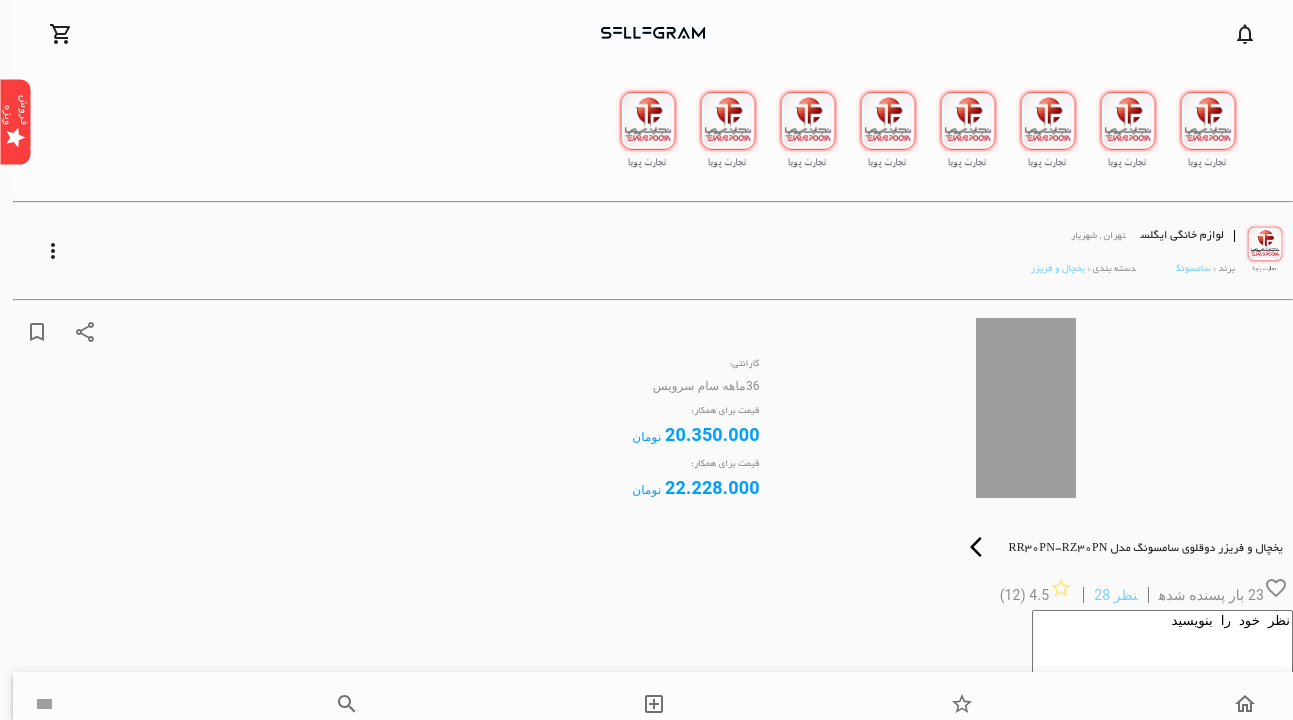
Repository: sadegh1379/selegram
Page: /login-4
The author's editor kept a copy of each file at every save. The page is drawn from the files as they stood at one save, then again after a run of saves.
The browser window is 1280 px wide. The page is 1293 px wide, so the pictures cover 1293 px, including what lies to the right of the window. The pictures show the whole page.
Pictures or frames that could not be fetched are drawn as grey boxes. The project was rebuilt for these pictures with package versions that can differ from the ones it lists, and the page was loaded fresh each time. Also part of the build but not shown: src/components/login/Login.js, src/components/login/LoginOne.js, src/components/login/LoginThree.js.

Above is the page before, as saved 2020-09-09 14:20:13.

### public/index.html
<!DOCTYPE html>
<html lang="en">
  <head>
    <meta charset="utf-8" />
    <link rel="icon" href="%PUBLIC_URL%/favicon.ico" />
    <meta
      name="viewport"
      content="minimum-scale=1, initial-scale=1, width=device-width"
    />
    <meta name="theme-color" content="#000000" />
    <meta
      name="description"
      content="Web site created using create-react-app"
    />
    <link rel="apple-touch-icon" href="%PUBLIC_URL%/logo192.png" />
    <!--
      manifest.json provides metadata used when your web app is installed on a
      user's mobile device or desktop. See https://developers.google.com/web/fundamentals/web-app-manifest/
    -->
    <link rel="manifest" href="%PUBLIC_URL%/manifest.json" />
    <!--
      Notice the use of %PUBLIC_URL% in the tags above.
      It will be replaced with the URL of the `public` folder during the build.
      Only files inside the `public` folder can be referenced from the HTML.

      Unlike "/favicon.ico" or "favicon.ico", "%PUBLIC_URL%/favicon.ico" will
      work correctly both with client-side routing and a non-root public URL.
      Learn how to configure a non-root public URL by running `npm run build`.
    -->
    <title>React App</title>
  </head>
  <body dir="rtl">
    <noscript>You need to enable JavaScript to run this app.</noscript>
    <div id="root"></div>
    <!--
      This HTML file is a template.
      If you open it directly in the browser, you will see an empty page.

      You can add webfonts, meta tags, or analytics to this file.
      The build step will place the bundled scripts into the <body> tag.

      To begin the development, run `npm start` or `yarn start`.
      To create a production bundle, use `npm run build` or `yarn build`.
    -->
  </body>
</html>

### src/index.js
import React from 'react';
import ReactDOM from 'react-dom';
import App from './App';
import { createMuiTheme, ThemeProvider } from '@material-ui/core/styles';
import RTL from './RTL';
import {BrowserRouter as Router} from 'react-router-dom';
// import '../node_modules/bootstrap/dist/css/bootstrap.css';
import {DataProvider} from './context'

const theme = createMuiTheme({
  direction: 'rtl', // Both here and <body dir="rtl">
});

ReactDOM.render(
      <ThemeProvider theme={theme}>
                      <RTL>
                          <Router>
                              <DataProvider>
                                    <App />
                              </DataProvider>
                          </Router>
                      </RTL>
      </ThemeProvider>
  ,
  document.getElementById('root')
);

### src/App.js
import React from 'react';
import './App.css';
import {Switch , Route} from 'react-router-dom';

import Login from './components/login/Login';
import LoginOne from './components/login/LoginOne';
import LoginThree from './components/login/LoginThree';
import LoginFour from './components/body/LoginFour'

function App() {
  return (
    <div className="App">
      <Switch>
        <Route exact path="/" component={(props)=><Login {...props}/>} />
        <Route exact path="/login-1" component={(props)=><LoginOne {...props}/>} />
        <Route exact path="/login-3" component={(props)=><LoginThree {...props}/>} />
        <Route exact path="/login-4" component={(props)=><LoginFour {...props}/>} />
      </Switch>
    </div>
  );
}

export default App;

### src/RTL.js
import React from 'react'
import { create } from 'jss';
import rtl from 'jss-rtl';
import { StylesProvider, jssPreset } from '@material-ui/core/styles';

// Configure JSS
const jss = create({ plugins: [...jssPreset().plugins, rtl()] });

function RTL(props) {
  return (
    <StylesProvider jss={jss}>
      {props.children}
    </StylesProvider>
  );
}

export default RTL;

### src/context.js
import React , {createContext ,Component}  from 'react';

const context = createContext()

 class DataProvider extends Component {
    constructor(props){
        super(props);

        this.state={
            kala:[{
                name:'sadegh',
                img:'./img/kala.png'
            },
            {
                name:'sadegh',
                img:'./img/kala.png'
            },
            {
                name:'sadegh',
                img:'./img/kala.png'
            },
            {
                name:'sadegh',
                img:'./img/kala.png'
            },
            {
                name:'sadegh',
                img:'./img/kala.png'
            },
            {
                name:'sadegh',
                img:'./img/kala.png'
            },
            {
                name:'sadegh',
                img:'./img/kala.png'
            },
            {
                name:'sadegh',
                img:'./img/kala.png'
            }
        ],
        select:'./img/ice.png'
        }
    }
    render() {
        return (
            <context.Provider value={{
                    ...this.state
            }}>
                {this.props.children}
            </context.Provider>
        )
    }
}

const DataConsumer = context.Consumer;

export { DataProvider , DataConsumer , context};

### src/App.css
@font-face {
    font-family: BYekan;
    src: url('./font/BYekan.ttf') , url('./font/BYekan.eot') , url('./font/BYekan.woff');
  }

html , body , #root{
    margin: 0px ;
    padding:0px;
}
.font-yekan{
    font-family: BYekan !important;
  }
label{
    color:#034DA2 !important;
    font-size: 14px;

    font-weight: small !important;

    margin-right: 10px;
    font-family: BYekan !important;
}

.color-text{
  color:#404D66
}

.no-scroll::-webkit-scrollbar{
  display: none;

}
.no-scroll{
  -ms-overflow-style: none ;
  scrollbar-width: none;
}

.lighblue{
  color:#009FFF;
}
.font-10-px{
  font-size: 10px;
}
.font-12-px{
  font-size: 12px;
}
.text-right{
  text-align: right;
}
.text-left{
  text-align: left;
}

.opacity{
  opacity: 0.5;

}

.money-color{
  color:#009FFF;
  font-size:18px;
  font-weight: bolder  ;
}

.toman-blue{
  font-size: 12px;
  color:#009FFF ;

}

### src/components/body/LoginFour.js
import React , {useContext} from 'react';
import Navbar from '../static/Navbar';
import Button from '@material-ui/core/Button';
import Grid from '@material-ui/core/Grid'
import {context} from '../../context';
import useStyles from './styles';
import StarIcon from '@material-ui/icons/Star';
import Menu from '@material-ui/core/Menu';
import MenuItem from '@material-ui/core/MenuItem';
import MoreVertIcon from '@material-ui/icons/MoreVert';
import BookmarkBorderIcon from '@material-ui/icons/BookmarkBorder';
import ShareOutlinedIcon from '@material-ui/icons/ShareOutlined';
import { IconButton } from '@material-ui/core';
import ArrowBackIosIcon from '@material-ui/icons/ArrowBackIos';
import FavoriteBorderOutlinedIcon from '@material-ui/icons/FavoriteBorderOutlined';
import BottomAppBar from '../static/BottomAppBar';
import StarBorderIcon from '@material-ui/icons/StarBorder';
import TextField from '@material-ui/core/TextField';



function LoginFour() {
    const classes = useStyles();
    const [anchorEl, setAnchorEl] = React.useState(null);

    const data = useContext(context);
    console.log(data);

    // fordropdown---------

    const handleClick = (event) => {
        setAnchorEl(event.currentTarget);
      };

      const handleClose = () => {
        setAnchorEl(null);
      };

      //-------------------

    return (
        <React.Fragment>
            <Navbar/>

            <Grid className={classes.carouselContainer}>
                <ul className="no-scroll" style={{display:'flex' , overflow:'scroll' , listStyle:'none' }}>
                    <span className={classes.ulf}>
                        <StarIcon/>
                            فروش ویژه
                    </span>
                    {data.kala.map((item , i)=>{
                        return(
                            <li style={{margin:'0px 8px' }} key={i}>
                                <img style={{width:'64px' , height:'83px'}}  src={item.img} alt=""/>


                            </li>
                        )
                    })
                    }
                </ul>
            </Grid><hr/>

            {/* information component */}

            <Grid className={classes.informationGrid}>
                <Grid item ><img alt="img" style={{width:'40px'}} src={data.kala[2].img}/></Grid>
                <Grid item  className={classes.informationText}>
                    <span className="font-yekan font-12-px" style={{borderRight:'1px solid black' , paddingRight:'10px' }}>لوازم خانگی  ایگلس</span>
                    <span className="font-yekan  font-10-px" style={{marginRight:'15px' , opacity:'0.5'}}>تهران , شهریار</span><br/>
                    <span className="font-yekan font-10-px" style={{opacity:'0.5'}}>برند  :  <span className="lighblue">سامسونگ</span></span>
                    <span className="font-yekan font-10-px" style={{opacity:'0.5', marginRight:'40px'}}>دسته بندی  : <span className="lighblue">یخچال و فریزر</span></span>
                </Grid>
                <Grid item>
                    <div>
                        <Button aria-controls="simple-menu" aria-haspopup="true" onClick={handleClick}>
                            <MoreVertIcon/>
                        </Button>
                        <Menu
                            id="simple-menu"
                            anchorEl={anchorEl}
                            keepMounted
                            open={Boolean(anchorEl)}
                            onClose={handleClose}
                        >
                            <MenuItem onClick={handleClose}>Profile</MenuItem>
                            <MenuItem onClick={handleClose}>My account</MenuItem>
                            <MenuItem onClick={handleClose}>Logout</MenuItem>
                        </Menu>
                     </div>
                </Grid>
            </Grid><hr/>
            {/* body */}
            <Grid className={classes.body}>
                <Grid className={classes.bodyImg} item md={5} sm={5} xs={5}>
                    <img style={{width:'100px' , height:'180px' ,imageResolution:'from-image'}} src={data.select} alt=""/>
                </Grid>
                <Grid item md={7} sm={7} xs={7}>
                    <div  className="text-left">
                        <IconButton>
                             <ShareOutlinedIcon/>
                        </IconButton>
                        <IconButton>
                              <BookmarkBorderIcon/>
                        </IconButton>

                    </div>
                    <div  style={{lineHeight:'10px'}}>
                            <span className="font-10-px opacity font-yekan">گارانتی:</span><p className="font-12-px opacity">36ماهه سام سرویس</p>
                            <span className="font-10-px opacity font-yekan">قیمت برای همکار:</span><p ><span className="money-color">20.350.000</span> <span className="toman-blue">نومان</span> </p>
                            <span className="font-10-px opacity font-yekan">قیمت برای همکار:</span><p ><span className="money-color">22.228.000</span> <span className="toman-blue">نومان</span> </p>

                    </div>

                </Grid>
            </Grid>
            <Grid className={classes.getArrow}>
                <span className="font-12-px font-yekan"> یخچال و فریزر دوقلوی سامسونگ مدل RR30PN-RZ30PN </span>
                <IconButton >
                        <ArrowBackIosIcon className={classes.color_black}/>
                </IconButton>
            </Grid>
            {/* liked */}
            <Grid className={classes.liked}>
                        <FavoriteBorderOutlinedIcon/>
                         <span>23 بار پسنده شده</span>
                        <span style={{borderLeft:'1px solid black' , margin:'0 10px'}}></span>
                        <span className="lighblue lightblue">نظر 28</span>
                        <span style={{borderLeft:'1px solid black' , margin:'0 10px'}}></span>
                        <StarBorderIcon className={classes.goldstar}/>
                        <span>4.5 (12)</span>

            </Grid>
            {/* Opinion */}
            <Grid>
            <form   autoComplete="off">
                <textarea name="sdaw" id="" cols="30" rows="5">نظر خود را بنویسید</textarea>

            </form>
            </Grid>



            {/* bottom app bar */}
            <BottomAppBar img={data.select}/>
        </React.Fragment>
    )
}

export default LoginFour

### src/components/static/Navbar.js
import React from 'react';
import Grid from '@material-ui/core/Grid';
import useStyles from './styles';
import ShoppingCartOutlinedIcon from '@material-ui/icons/ShoppingCartOutlined';
import NotificationsOutlinedIcon from '@material-ui/icons/NotificationsOutlined';
import Button from '@material-ui/core/Button';
import logo from './img/navlogo.png'

function Navbar() {
    const classes = useStyles();
    return (
      <Grid  className={classes.navContainer}>
          <Grid>
              <Button>
                <NotificationsOutlinedIcon/>
              </Button>
          </Grid>
          <Grid className={classes.navlogo}>
              <img style={{width:'50%'}} src={logo} alt="selegram"/>
          </Grid>
          <Grid>
                <Button>
                <ShoppingCartOutlinedIcon/>
                </Button>
          </Grid>
      </Grid>
    )
}

export default Navbar

### src/components/body/styles.js
import { makeStyles } from '@material-ui/core/styles';

const useStyles = makeStyles((theme) => ({
    carouselContainer:{
        backgroundColor:'#FCFCFC',
        padding:'5px'
    },
    ulf:{
        backgroundColor:'#FA3D3D',
        position:'absolute',
        left:'-40px',
        marginTop:'20px',
        padding:'15px',
        // marginLeft:'0px',
        width:'85px',
        height:'10px',
        transform:'rotateZ(-270deg)',
        display:'flex',
        alignItems:'center',
        justifyContent:'space-between',
        fontSize:'11px',
        color:'#FFFFFF',
        borderRadius:'10px 10px 0 0',
        boxShadow:'-3px 0px 6px'
    },
    informationGrid:{
            display:'flex',
            justifyContent:'space-between',
            padding:'8px',
            alignItems:'center'
    },
    informationText :{
        lineHeight:'30px',
        width:'100%',
        margin:'0 10px',
        padding:'0px'
    },
    body:{
        // backgroundColor:'gold',
        display:'flex'
    },
    bodyImg:{
        width:'100%',
        overflow:'hidden',
        padding:'10px',
        textAlign:'center'
    },
    getArrow:{
        padding:'10px'
    },
    color_black : {
        color:'black'
      },
    liked:{

        display:'felx'
        ,alignItems:'center',
        padding:'5px',
        marginTop:'-10px',
        opacity:'0.5'
    },
    goldstar:{
        color:'gold',

    },

}))


export default useStyles;

### src/components/static/BottomAppBar.js
import React from 'react';
import { makeStyles } from '@material-ui/core/styles';
import AppBar from '@material-ui/core/AppBar';
import CssBaseline from '@material-ui/core/CssBaseline';
import Toolbar from '@material-ui/core/Toolbar';
import IconButton from '@material-ui/core/IconButton';
import AddBoxOutlinedIcon from '@material-ui/icons/AddBoxOutlined';
import SearchIcon from '@material-ui/icons/Search';
import StarBorderOutlinedIcon from '@material-ui/icons/StarBorderOutlined';
import HomeOutlinedIcon from '@material-ui/icons/HomeOutlined';

const useStyles = makeStyles((theme) => ({




  appBar: {
    top: 'auto',
    bottom: 0,
    height:'48px',
    backgroundColor:'#FCFCFC'
  },
  grow: {
    flexGrow: 1,
  },

  toolBar:{
    display:'flex',
    justifyContent:'space-between',
    alignItems:'center'
  },
  icons:{

    color:'#707070'
  }
}));

export default function BottomAppBar(props) {
  const classes = useStyles();

  return (
    <React.Fragment>
      <CssBaseline />

      <AppBar position="fixed" color="default" className={classes.appBar}>
        <Toolbar className={classes.toolBar}>
          <IconButton edge="start" color="inherit" aria-label="open drawer">
            <HomeOutlinedIcon className={classes.icons} />
          </IconButton>
          <IconButton edge="end" color="inherit">
            <StarBorderOutlinedIcon className={classes.icons}/>
          </IconButton>
          <IconButton color="inherit">
            <AddBoxOutlinedIcon className={classes.icons}/>
          </IconButton>
          <IconButton color="inherit">
            <SearchIcon className={classes.icons}/>
          </IconButton>
          <IconButton edge="start" color="inherit" aria-label="open drawer">
            <img style={{width:'14.6px'}} src={props.img} alt=""/>
          </IconButton>
        </Toolbar>
      </AppBar>
    </React.Fragment>
  );
}

### src/components/static/styles.js
import { makeStyles } from '@material-ui/core/styles';

const useStyles = makeStyles((theme) => ({
    navContainer:{
        display:'flex',
        justifyContent:'space-between',
        backgroundColor:'#FCFCFF',
        padding:'16px',
        opacity:'100%',
        alignItems:'center'
    },
    navlogo:{
        textAlign:'center'
    }
}))


export default useStyles;

After the next 3 saves:
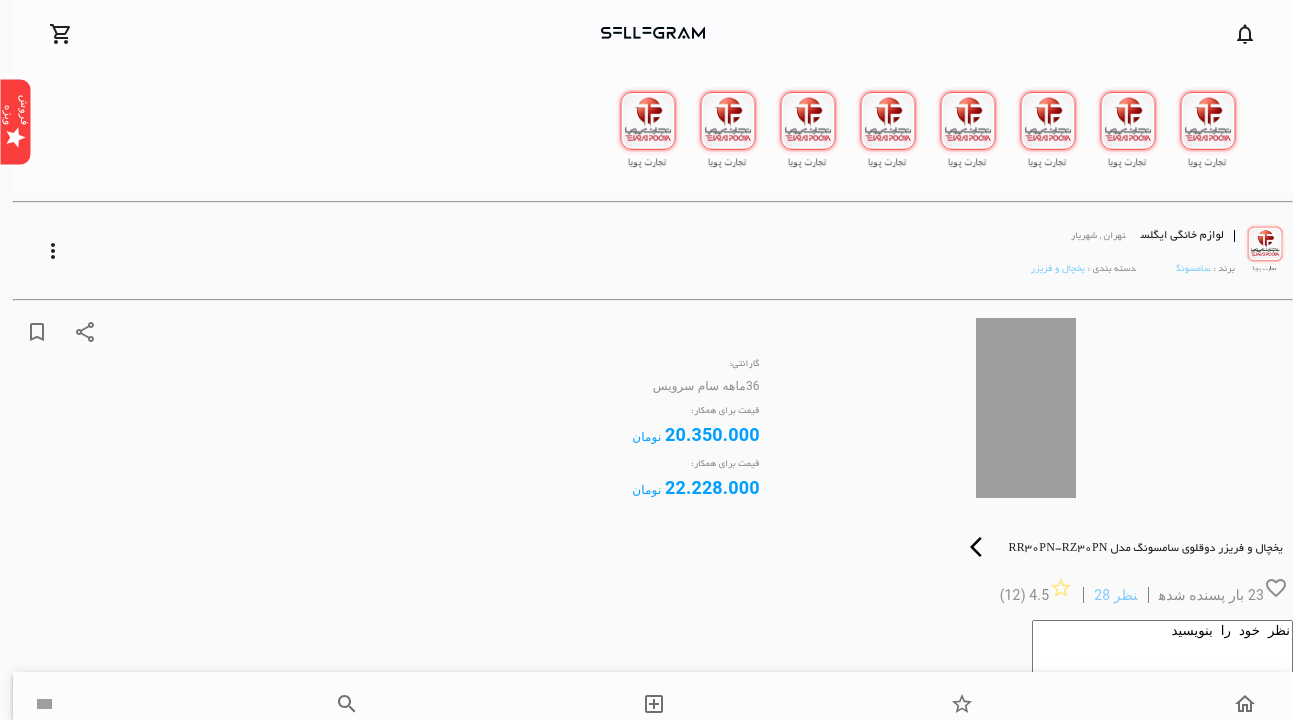
The 3 saves are shown as one change because they came seconds apart.
The last was saved 12 s later.
--- a/src/components/body/LoginFour.js
+++ b/src/components/body/LoginFour.js
@@ -133,7 +133,7 @@
             </Grid>
             {/* Opinion */}
             <Grid>
-            <form   autoComplete="off">
+            <form style={{marginTop:'10px'}}  autoComplete="off">
                 <textarea name="sdaw" id="" cols="30" rows="5">نظر خود را بنویسید</textarea>
 
             </form>
